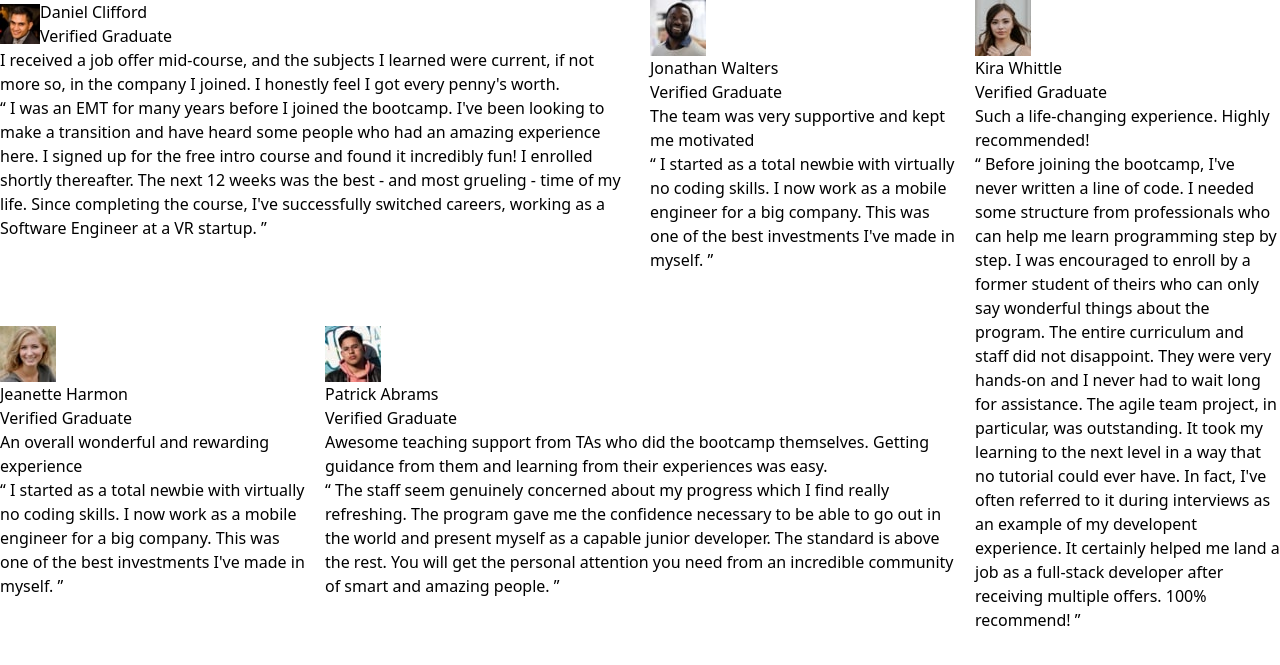
Repository: DiyBookOfLife/ps-FrontendMentor
Page: index.html
An editor plug-in stored every save of this project. The page is shown before and after the next save, followed by the edit.
The browser window is 1280 px wide. The pictures show the whole page.
Some web libraries are served in a nearby version.

Above is the page before, as saved 2026-01-02 13:29:00.

### index.html
<!DOCTYPE html>
<html lang="en">

<head>
  <meta charset="UTF-8">
  <meta name="viewport" content="width=device-width, initial-scale=1.0">
  <!-- displays site properly based on user's device -->

  <link rel="icon" type="image/png" sizes="32x32" href="./images/favicon-32x32.png">

  <title>Frontend Mentor | [Challenge Name Here]</title>

  <link rel="preconnect" href="https://fonts.googleapis.com">
  <link rel="preconnect" href="https://fonts.gstatic.com" crossorigin>
  <link href="https://fonts.googleapis.com/css2?family=Barlow+Semi+Condensed:ital,wght@0,100;0,200;0,300;0,400;0,500;0,600;0,700;0,800;0,900;1,100;1,200;1,300;1,400;1,500;1,600;1,700;1,800;1,900&display=swap" rel="stylesheet">

  <!-- <link rel="stylesheet" href="./styles.css"> -->
  <script src="https://cdn.tailwindcss.com"></script>
</head>

<body>
  <main>
    <section class="grid grid-cols-4 grid-rows-2 gap-[20px]">
      <div class="col-start-1 col-end-3">
        <div class="flex items-center">
          <img class="h-[40px]" src="./images/image-daniel.jpg" alt="picture of daniel">
          <div class="flex flex-col justify-center">
            <div>Daniel Clifford</div>
            <div>Verified Graduate</div>
          </div>
        </div>

        <p>
          I received a job offer mid-course, and the subjects I learned were current, if not more so,
          in the company I joined. I honestly feel I got every penny's worth.
        </p>

        <p>
          “ I was an EMT for many years before I joined the bootcamp. I've been looking to make a
          transition and have heard some people who had an amazing experience here. I signed up
          for the free intro course and found it incredibly fun! I enrolled shortly thereafter.
          The next 12 weeks was the best - and most grueling - time of my life. Since completing
          the course, I've successfully switched careers, working as a Software Engineer at a VR startup. ”
        </p>
      </div>

      <div class="card" id="jonathan_card">
        <div class="profile">
          <img src="./images/image-jonathan.jpg" alt="picture of jonathan">
          <div class="flex flex-col justify-center">
            <div>Jonathan Walters</div>
            <div>Verified Graduate</div>
          </div>
        </div>

        <p>
          The team was very supportive and kept me motivated
        </p>

        <p>
          “ I started as a total newbie with virtually no coding skills. I now work as a mobile engineer
          for a big company. This was one of the best investments I've made in myself. ”
        </p>
      </div>



      <div class="card" id="jeanette_card">
        <div class="profile">
          <img src="./images/image-jeanette.jpg" alt="picture of jeanette">
          <div class="flex flex-col justify-center">
            <div>Jeanette Harmon</div>
            <div>Verified Graduate</div>
          </div>
        </div>

        <p>
          An overall wonderful and rewarding experience
        </p>

        <p>
          “ I started as a total newbie with virtually no coding skills. I now work as a mobile engineer
          for a big company. This was one of the best investments I've made in myself. ”
        </p>
      </div>


      <div class="col-start-2 col-end-4">
        <div class="profile">
          <img src="./images/image-patrick.jpg" alt="picture of patrick">
          <div class="flex flex-col justify-center">
            <div>Patrick Abrams</div>
            <div>Verified Graduate</div>
          </div>
        </div>

        <p>
          Awesome teaching support from TAs who did the bootcamp themselves. Getting guidance from them and
          learning from their experiences was easy.
        </p>

        <p>
          “ The staff seem genuinely concerned about my progress which I find really refreshing. The program
          gave me the confidence necessary to be able to go out in the world and present myself as a capable
          junior developer. The standard is above the rest. You will get the personal attention you need from
          an incredible community of smart and amazing people. ”
        </p>
      </div>



      <div class="col-start-4 col-end-5 row-start-1 row-end-3">
        <div class="profile">
          <img src="./images/image-kira.jpg" alt="picture of kira">
          <div>
            <div>Kira Whittle</div>
            <div>Verified Graduate</div>
          </div>
        </div>

        <p>
          Such a life-changing experience. Highly recommended!
        </p>

        <p>
          “ Before joining the bootcamp, I've never written a line of code. I needed some structure from
          professionals who can help me learn programming step by step. I was encouraged to enroll by a former
          student of theirs who can only say wonderful things about the program. The entire curriculum and staff
          did not disappoint. They were very hands-on and I never had to wait long for assistance. The agile team
          project, in particular, was outstanding. It took my learning to the next level in a way that no tutorial
          could ever have. In fact, I've often referred to it during interviews as an example of my developent
          experience. It certainly helped me land a job as a full-stack developer after receiving multiple offers.
          100% recommend! ”
        </p>
      </div>

    </section>
  </main>
</body>

</html>

After the next save:
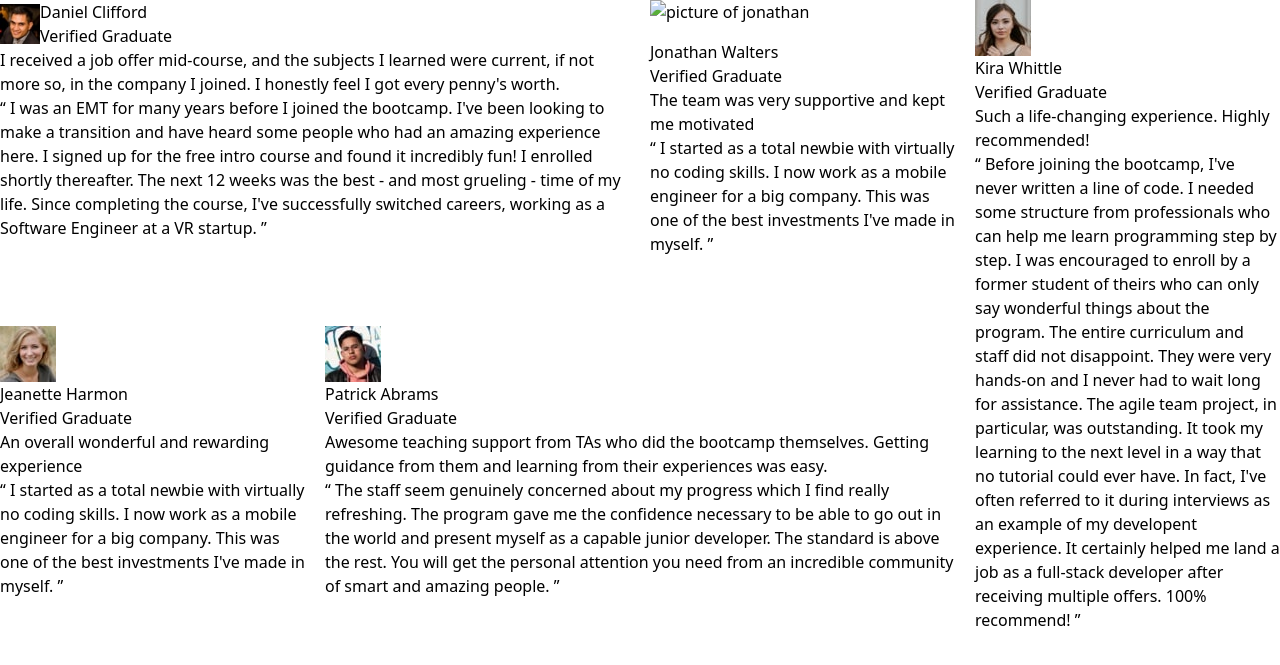
Saved 46 s later.
--- a/index.html
+++ b/index.html
@@ -46,7 +46,7 @@
 
       <div class="card" id="jonathan_card">
         <div class="profile">
-          <img src="./images/image-jonathan.jpg" alt="picture of jonathan">
+          <img class="h-[40px] src="./images/image-jonathan.jpg" alt="picture of jonathan">
           <div class="flex flex-col justify-center">
             <div>Jonathan Walters</div>
             <div>Verified Graduate</div>
